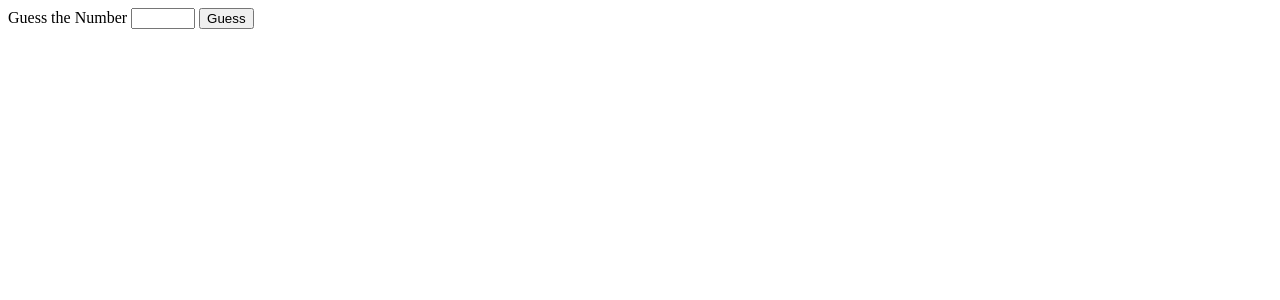
Repository: Padminivittal/Padmini-MWB
Page: MWB Day1/WebContent/Lab2.html
An editor plug-in stored every save of this project. The page is shown before and after the next save, followed by the edit.
The browser window is 1280 px wide. The pictures show the whole page.

Above is the page before, as saved 2012-07-20 09:50:23.

### MWB Day1/WebContent/Lab2.html
<!DOCTYPE HTML>
<html>
<head>
<script src="js/guessgame.js"></script>
<script>

function GuessNumber()
{
	var number=document.getElementById("number");
	var results=document.getElementById("results");
	var game=new GuessNumberGame();
	var message=game.IsCorrectNumber(number.value);
	alert (message);
	results.innerHTML = message;
}

</script>
<title>Day 1- Lab 2 </title>
</head>
<body>
<label for="number" >Guess the Number</label>
<input type="number" min="0" max="100" id=number >
<button id="Guess" onclick="GuessNumber()" >Guess</button>
<div id="results" ></div>
</body>
</html>

### MWB Day1/WebContent/js/guessgame.js
function GuessNumberGame()
{

	if(GuessNumberGame.GuessAttempt)
		GuessNumberGame.GuessAttempt++;
	else
		GuessNumberGame.GuessAttempt=1;
	if(!GuessNumberGame.RandomNumber)
		GuessNumberGame.RandomNumber=Math.round(Math.random()*100);
this.IsCorrectNumber=function(number)
{

if (GuessNumberGame.RandomNumber- number <0)
	return "Aim lower";
else if (GuessNumberGame.RandomNumber- number>0)
	return "Aim Higher";
else if (GuessNumberGame.RandomNumber- number==0)
	return "You have gussed in "+ GuessNumberGame.GuessAttempt + "attempts";
}
}

After the next save:
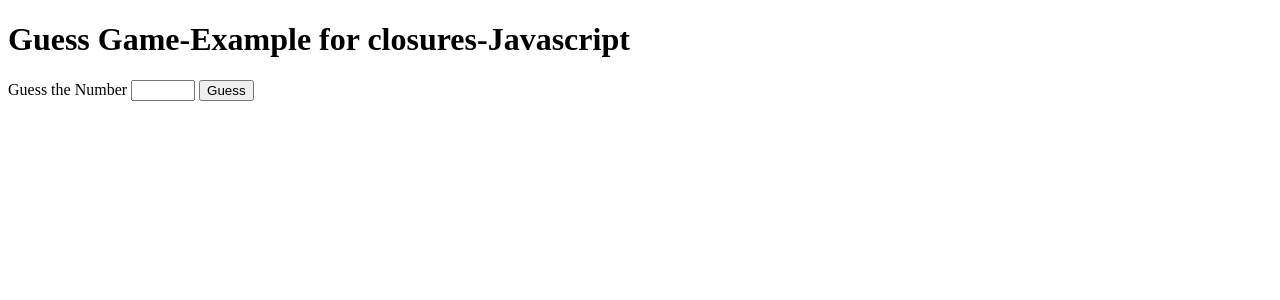
Console error (its wording comes from the project's code and is left out).
Saved 2 min 11 s later.
--- a/MWB Day1/WebContent/Lab2.html
+++ b/MWB Day1/WebContent/Lab2.html
@@ -11,13 +11,16 @@ function GuessNumber()
 	var game=new GuessNumberGame();
 	var message=game.IsCorrectNumber(number.value);
 	alert (message);
-	results.innerHTML = message;
+	results.innerHTML = "<h2>"+message+""</h2>";
 }
 
 </script>
 <title>Day 1- Lab 2 </title>
 </head>
 <body>
+<h1>
+Guess Game-Example for closures-Javascript
+</h1>
 <label for="number" >Guess the Number</label>
 <input type="number" min="0" max="100" id=number >
 <button id="Guess" onclick="GuessNumber()" >Guess</button>
